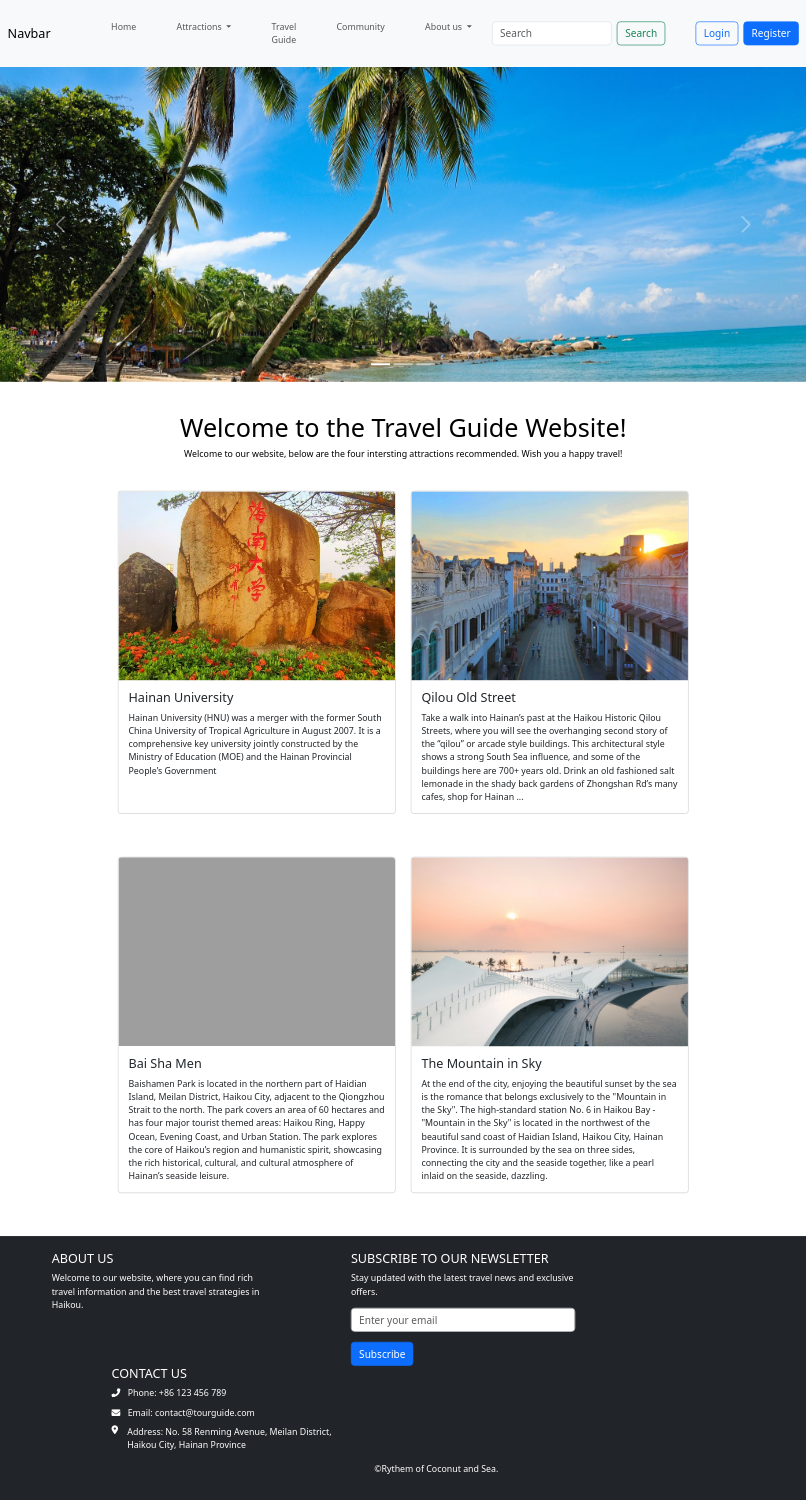
Repository: NIIT-RG6/web-project
Page: /
An editor plug-in stored every save of this project. The page is shown before and after the next save, followed by the edit.
The browser window is 1280 px wide. The pictures show the whole page, at 63% of full size.
Pictures or frames that could not be fetched are drawn as grey boxes. The project was rebuilt for these pictures with package versions that can differ from the ones it lists, and the page was loaded fresh each time. Also part of the build but not shown: vue.config.js, src/views/College.vue, src/views/Foods.vue, src/views/Park.vue, src/views/Sky.vue, src/views/Street.vue, src/views/StrategyHome.vue, src/views/StrategyBlog.vue and 6 more. Imported but missing from the stored project, and not drawn on this page: src/assets/js/vuetify.js.

Above is the page before, as saved 2024-10-25 03:54:19.

After the next save:
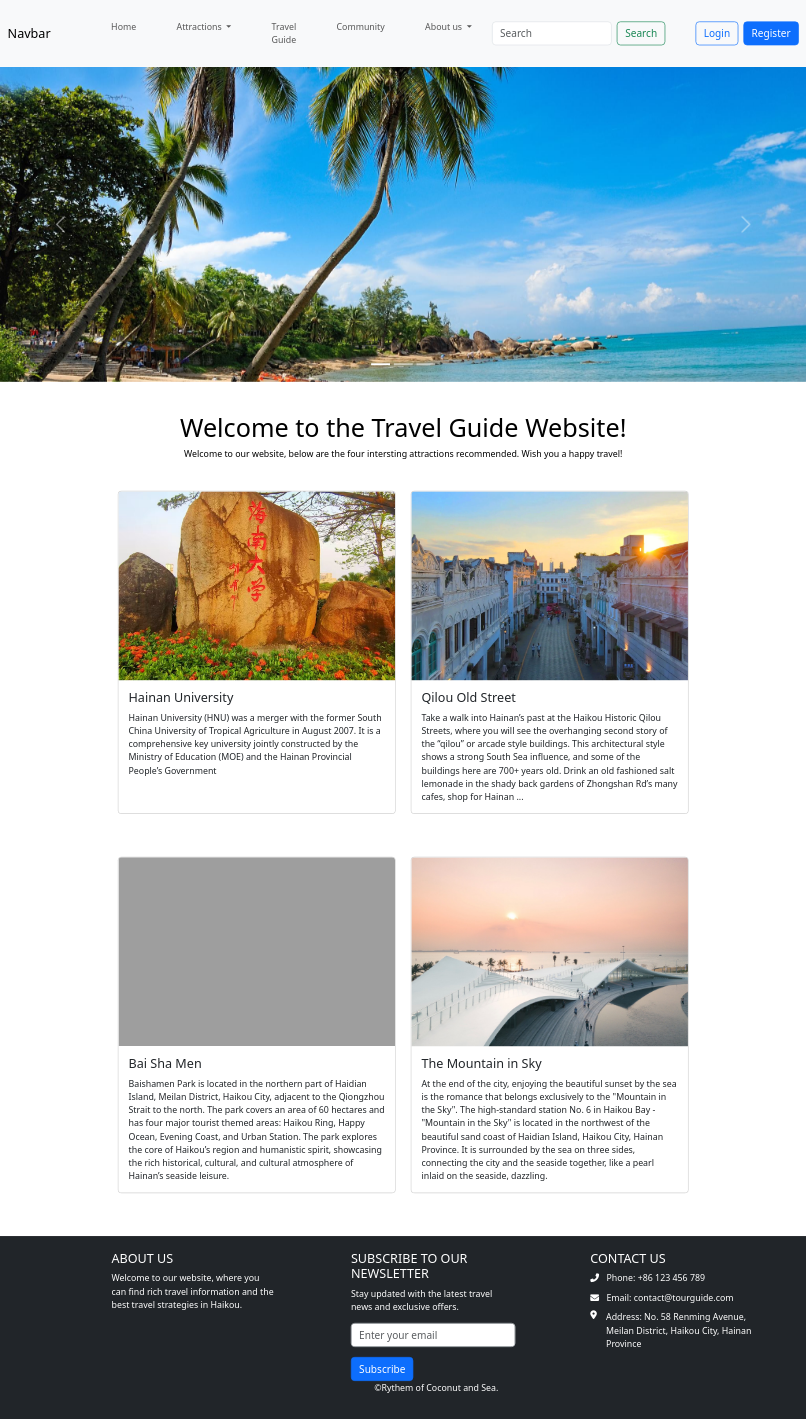
Saved 17 s later.
--- a/src/components/AppFooter.vue
+++ b/src/components/AppFooter.vue
@@ -3,7 +3,7 @@
         <div class="container">
             <div class="row">
                 <!-- ABOUT US -->
-                <div class="col-md-4 ">
+                <div class="col-md-3 offset-md-1">
                     <!-- <img :src="" alt=""> -->
                     <h5>ABOUT US</h5>
                     <p>Welcome to our website, where you can find rich travel information and the best travel strategies
@@ -11,7 +11,7 @@
                 </div>
 
                 <!-- NEWSLETTER SIGNUP -->
-                <div class="col-md-4 offset-md-1">
+                <div class="col-md-3 offset-md-1">
                     <h5>SUBSCRIBE TO OUR NEWSLETTER</h5>
                     <p>Stay updated with the latest travel news and exclusive offers.</p>
                     <form>
@@ -24,7 +24,7 @@
 
 
                 <!-- CONTACT US -->
-                <div class="col-md-4 offset-md-1">
+                <div class="col-md-3 offset-md-1">
                     <h5>CONTACT US</h5>
                     <ul class="list-unstyled contact-info">
                         <li>
